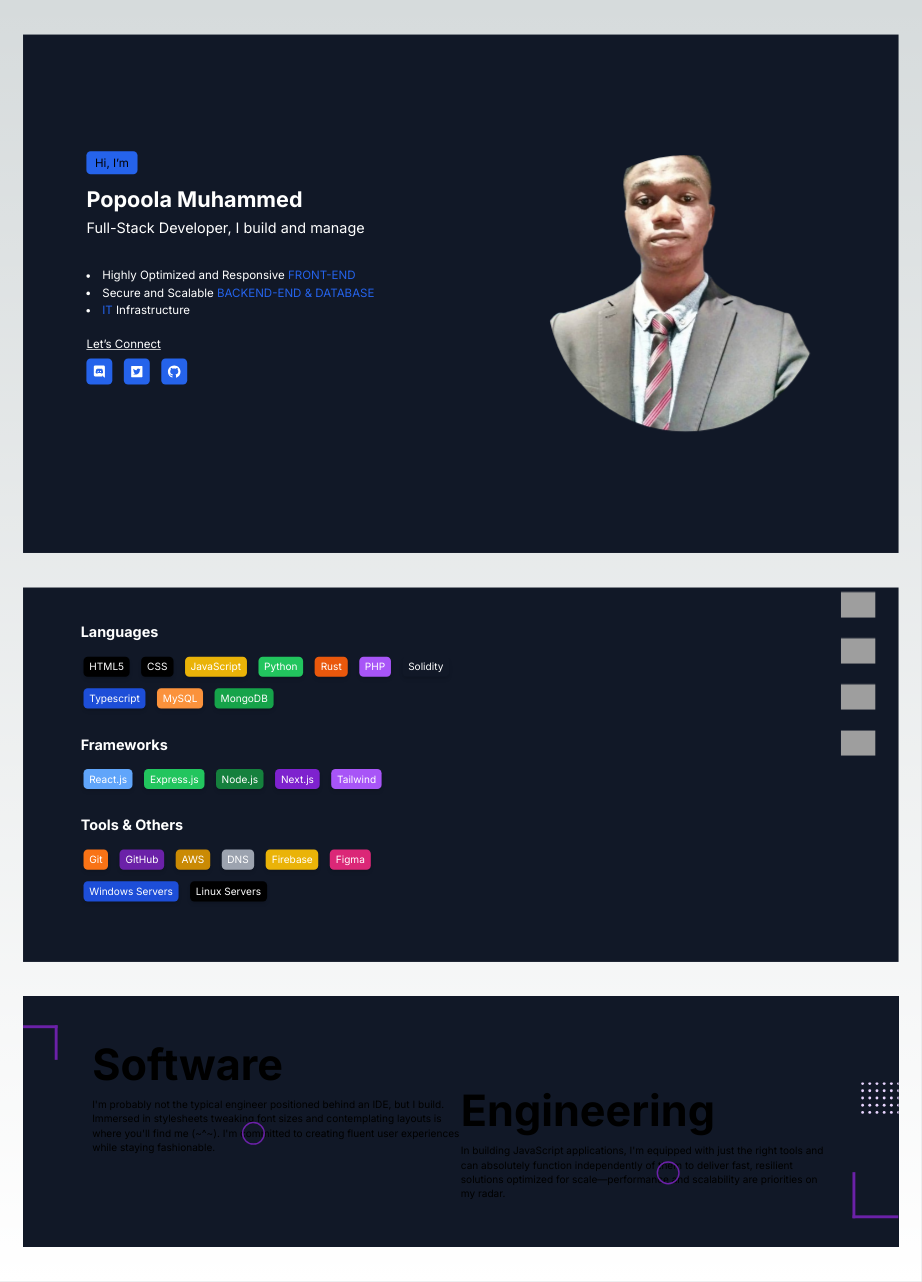
Repository: muhammedctgr/hammedctgr
Page: /
The author's editor kept a copy of each file at every save. The page is drawn from the files as they stood at one save, then again after a run of saves.
The browser window is 1280 px wide. The pictures show the whole page, at 72% of full size.
Pictures or frames that could not be fetched are drawn as grey boxes. The project was rebuilt for these pictures with package versions that can differ from the ones it lists, and the page was loaded fresh each time. The framework's server and built-in components were replaced by stand-ins that run in the browser. Also part of the build but not shown: next.config.mjs.

Above is the page before, as saved 2024-08-03 08:33:37.

### app/layout.tsx
import type { Metadata } from "next";
import { Inter } from "next/font/google";
import "./globals.css";

const inter = Inter({ subsets: ["latin"] });

export const metadata: Metadata = {
  title: "Popoola Muhammed",
  description: "Generated by create next app",
};

export default function RootLayout({
  children,
}: Readonly<{
  children: React.ReactNode;
}>) {
  return (
    <html lang="en">
      <body className={inter.className}>{children}</body>
    </html>
  );
}

### app/page.tsx
import Head from 'next/head';
import Hero from '../components/Hero';
import SkillsSection from '@/components/SkillsSection';
import SummarySection from '@/components/SummarySection';


const Home = () => (
  <div>
    <Head>
      <title>Popoola Muhammed</title>
      <meta name="description" content="Welcome to my developer portfolio" />
    </Head>

    <Hero />
    <SkillsSection />
    <SummarySection />
  </div>
);

export default Home;

### app/globals.css
@tailwind base;
@tailwind components;
@tailwind utilities;

:root {
  --foreground-rgb: 0, 0, 0;
  --background-start-rgb: 214, 219, 220;
  --background-end-rgb: 255, 255, 255;
}

@media (prefers-color-scheme: dark) {
  :root {
    --foreground-rgb: 255, 255, 255;
    --background-start-rgb: 0, 0, 0;
    --background-end-rgb: 0, 0, 0;
  }
}

body {
  color: rgb(var(--foreground-rgb));
  background: linear-gradient(
      to bottom,
      transparent,
      rgb(var(--background-end-rgb))
    )
    rgb(var(--background-start-rgb));
}

@layer utilities {
  .text-balance {
    text-wrap: balance;
  }
}


@keyframes upDown {
  0%, 100% {
    transform: translateY(0);
  }
  50% {
    transform: translateY(-10px); /* Adjust the value as needed */
  }
}

.animate-upDown {
  animation: upDown 2s infinite ease-in-out; /* Adjust duration as needed */
}

### components/Hero.tsx
import Image from 'next/image';
import profilePic from '../public/profile.png';
import { AiFillDiscord, AiFillGithub, AiFillTwitterSquare, AiFillX } from 'react-icons/ai';

const Hero = () => {
  return (
    <section className="bg-gray-900 m-12 mx-8 text-white min-h-screen flex items-center">
      <div className="container mx-auto flex flex-col md:flex-row items-center">
        <div className="flex-1 text-left md:text-left p-8 pt-2 m-14 mt-2">
          <div className="inline-block bg-blue-600 text-black py-1 px-3 mb-4 rounded-md">
            Hi, I’m
          </div>
          <div className="mb-10">
          <h1 className="text-2xl md:text-3xl font-bold">Popoola Muhammed</h1>
          <p className="mt-2  md:text-xl">Full-Stack Developer, I build and manage</p>
          </div>
          <ul className="mt-4 list-disc list-inside whitespace-nowrap">
            <li>Highly Optimized and Responsive <span className="text-blue-600">FRONT-END</span></li>
            <li>Secure and Scalable <span className="text-blue-600">BACKEND-END & DATABASE</span></li>
            <li><span className="text-blue-600">IT</span> Infrastructure</li>
          </ul>
          <div className="mt-6">
            <a href="#contact" className=" underline">Let’s Connect</a>
            <div className="mt-2 flex md:justify-start space-x-4">
              <a href="#" className="bg-blue-600 p-2 rounded-md">
                <AiFillDiscord size={20} />
              </a>
              <a href="#" className="bg-blue-600 p-2 rounded-md">
                <AiFillTwitterSquare size={20} />
              </a>
              <a href="#" className="bg-blue-600 p-2 rounded-md">
                <AiFillGithub size={20} />
              </a>
            </div>
          </div>
        </div>
        <div className="flex-1 p-5">
          <div className="relative w-48 h-48 mx-8 md:w-72 md:h-72 lg:w-96 lg:h-96">
            <Image src={profilePic} alt="Popoola Muhammed" layout="fill" className="rounded-full object-cover animate-upDown" />
          </div>
        </div>
      </div>
    </section>
  );
};

export default Hero;

### components/SkillsSection.tsx
import Image from 'next/image';
import { FC } from 'react';

interface SkillCategory {
  title: string;
  skills: { name: string; color: string; }[];
}

const skills: SkillCategory[] = [
  {
    title: "Languages",
    skills: [
      { name: "HTML5", color: "bg-black" },
      { name: "CSS", color: "bg-black"},
      { name: "JavaScript", color: "bg-yellow-500" },
      { name: "Python", color: "bg-green-500" },
      { name: "Rust", color: "bg-orange-600" },
      { name: "PHP", color: "bg-purple-500" },
      { name: "Solidity", color: "bg-black-500" },
      { name: "Typescript", color: "bg-blue-700" },
      { name: "MySQL", color: "bg-orange-400" },
      { name: "MongoDB", color: "bg-green-600" },
    ],
  },
  {
    title: "Frameworks",
    skills: [
      { name: "React.js", color: "bg-blue-400" },
      { name: "Express.js", color: "bg-green-500" },
      { name: "Node.js", color: "bg-green-700" },
      { name: "Next.js", color: "bg-purple-700" },
      { name: "Tailwind", color: "bg-purple-500" },
    ],
  },
  {
    title: "Tools & Others",
    skills: [
      { name: "Git", color: "bg-orange-500" },
      { name: "GitHub", color: "bg-purple-800" },
      { name: "AWS", color: "bg-yellow-600" },
      { name: "DNS", color: "bg-gray-400" },
      { name: "Firebase", color: "bg-yellow-500" },
      { name: "Figma", color: "bg-pink-600" },
      { name: "Windows Servers", color: "bg-blue-700" },
      { name: "Linux Servers", color: "bg-black" },
    ],
  },
];

const icons = [
  "/icons/html5.svg", // Replace with your icon paths
  "/icons/css3.svg",
  "/icons/javascript.svg",
  "/icons/python.svg",
  // Add the rest of the icons as needed
];

const SkillsSection: FC = () => {
  return (
    <section className="m-12 mx-8 bg-gray-900 text-white">
      <div className="container mx-auto px-8 flex flex-col md:flex-row">
        <div className="flex-1 m-12">
          {skills.map((category) => (
            <div key={category.title} className="mb-8">
              <h2 className="text-xl font-bold mb-4">{category.title}</h2>
              <div className="flex flex-wrap gap-2">
                {category.skills.map((skill) => (
                  <span
                    key={skill.name}
                    className={`px-2 py-1 m-1 rounded-md text-sm ${skill.color} shadow-md`}
                  >
                    {skill.name}
                  </span>
                ))}
              </div>
            </div>
          ))}
        </div>
        <div className="flex-1 flex flex-col items-center md:items-end">
          <div className="grid grid-cols-3 md:grid-cols-1 gap-4">
            {icons.map((src, index) => (
              <div key={index} className="w-12 h-12 relative">
                <Image src={src} alt={`icon-${index}`} layout="fill" objectFit="contain" />
              </div>
            ))}
          </div>
        </div>
      </div>
    </section>
  );
};

export default SkillsSection;

### components/SummarySection.tsx
import { FC } from 'react';

const SummarySection: FC = () => {
  return (
    <section className="m-12 mx-8 bg-gray-900 py-16 relative overflow-hidden">
      <div className="container mx-auto px-6 md:px-12 lg:px-24 flex flex-col md:flex-row justify-between items-start">
        <div className="md:w-1/2 mb-16 md:mb-0 ">
          <div className="mb-4 flex items-center">
            <span className="text-6xl font-bold">Software</span>
          </div>
          <p className="text-sm">
            I'm probably not the typical engineer positioned behind an IDE, but I build. Immersed in stylesheets tweaking font sizes and contemplating layouts is where you'll find me (~^~). I'm committed to creating fluent user experiences while staying fashionable.
          </p>
        </div>
        <div className="md:w-1/2 md:mt-16">
          <div className="mb-4 flex items-center">
            <span className="text-6xl font-bold">Engineering</span>
          </div>
          <p className="text-sm">
            In building JavaScript applications, I'm equipped with just the right tools and can absolutely function independently of them to deliver fast, resilient solutions optimized for scale—performance and scalability are priorities on my radar.
          </p>
        </div>
      </div>

      {/* Decorative Elements */}
      <div className="absolute top-10 left-0 w-12 h-12 border-t-4 border-r-4 border-purple-800"></div>
      <div className="absolute top-1/2 left-1/4 w-8 h-8 border-2 border-purple-800 rounded-full"></div>
      <div className="absolute bottom-10 right-0 w-16 h-16 border-b-4 border-l-4 border-purple-800"></div>
      <div className="absolute bottom-1/4 right-1/4 w-8 h-8 border-2 border-purple-800 rounded-full"></div>
      <div className="absolute top-1/4 right-0 transform translate-x-12 translate-y-8">
        <svg className="fill-current text-purple-200" width="100" height="100" viewBox="0 0 100 100">
          <circle cx="2" cy="2" r="2" />
          <circle cx="12" cy="2" r="2" />
          <circle cx="22" cy="2" r="2" />
          <circle cx="32" cy="2" r="2" />
          <circle cx="42" cy="2" r="2" />
          <circle cx="52" cy="2" r="2" />
          <circle cx="62" cy="2" r="2" />
          <circle cx="72" cy="2" r="2" />
          <circle cx="82" cy="2" r="2" />
          <circle cx="92" cy="2" r="2" />
          <circle cx="2" cy="12" r="2" />
          <circle cx="12" cy="12" r="2" />
          <circle cx="22" cy="12" r="2" />
          <circle cx="32" cy="12" r="2" />
          <circle cx="42" cy="12" r="2" />
          <circle cx="52" cy="12" r="2" />
          <circle cx="62" cy="12" r="2" />
          <circle cx="72" cy="12" r="2" />
          <circle cx="82" cy="12" r="2" />
          <circle cx="92" cy="12" r="2" />
          <circle cx="2" cy="22" r="2" />
          <circle cx="12" cy="22" r="2" />
          <circle cx="22" cy="22" r="2" />
          <circle cx="32" cy="22" r="2" />
          <circle cx="42" cy="22" r="2" />
          <circle cx="52" cy="22" r="2" />
          <circle cx="62" cy="22" r="2" />
          <circle cx="72" cy="22" r="2" />
          <circle cx="82" cy="22" r="2" />
          <circle cx="92" cy="22" r="2" />
          <circle cx="2" cy="32" r="2" />
          <circle cx="12" cy="32" r="2" />
          <circle cx="22" cy="32" r="2" />
          <circle cx="32" cy="32" r="2" />
          <circle cx="42" cy="32" r="2" />
          <circle cx="52" cy="32" r="2" />
          <circle cx="62" cy="32" r="2" />
          <circle cx="72" cy="32" r="2" />
          <circle cx="82" cy="32" r="2" />
          <circle cx="92" cy="32" r="2" />
          <circle cx="2" cy="42" r="2" />
          <circle cx="12" cy="42" r="2" />
          <circle cx="22" cy="42" r="2" />
          <circle cx="32" cy="42" r="2" />
          <circle cx="42" cy="42" r="2" />
          <circle cx="52" cy="42" r="2" />
          <circle cx="62" cy="42" r="2" />
          <circle cx="72" cy="42" r="2" />
          <circle cx="82" cy="42" r="2" />
          <circle cx="92" cy="42" r="2" />
        </svg>
      </div>
    </section>
  );
};

export default SummarySection;

Loaded but not shown: tailwind.config.ts (common file)

After the next 2 saves:
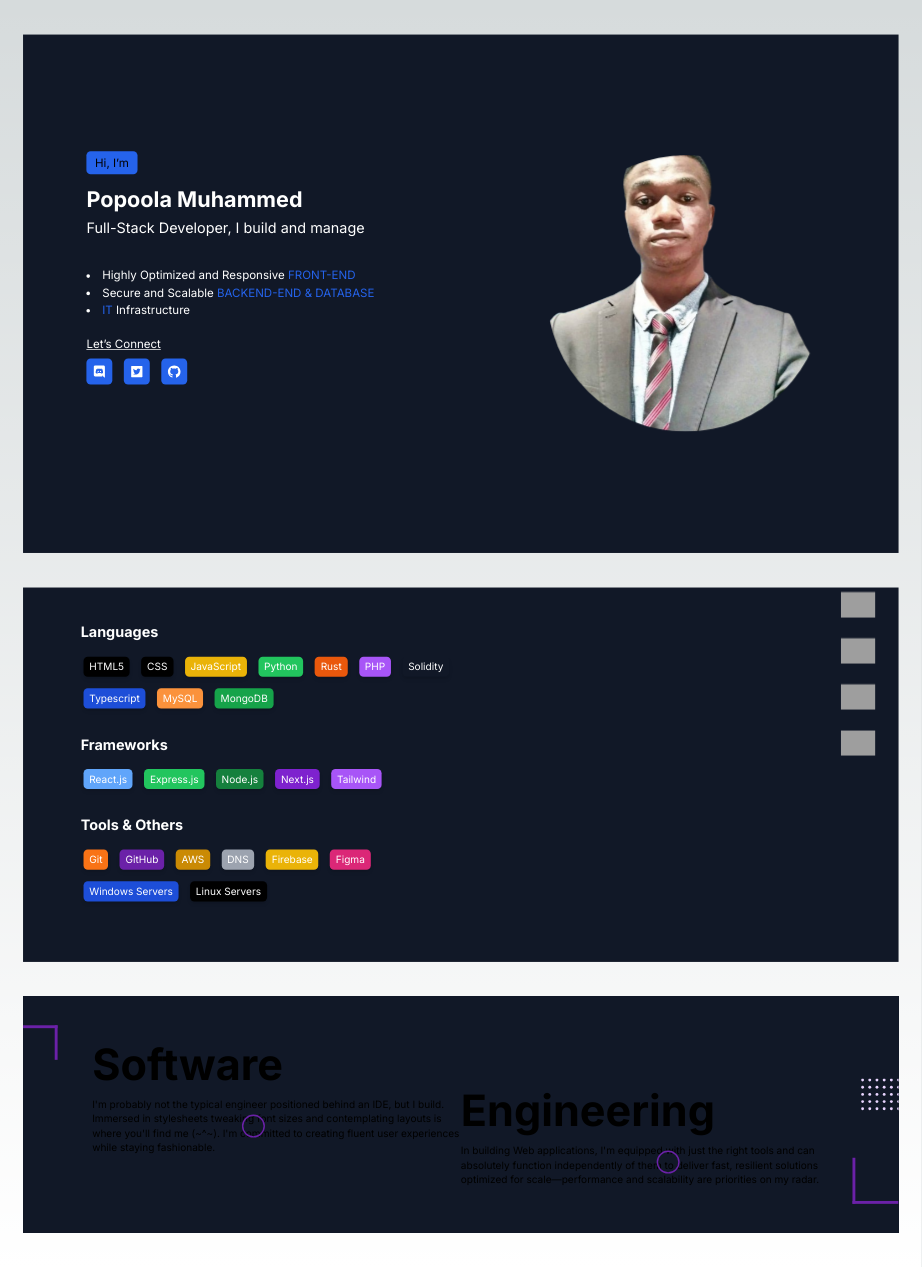
The 2 saves are shown as one change because they came seconds apart.
The last was saved 3 min 14 s later.
--- a/components/SummarySection.tsx
+++ b/components/SummarySection.tsx
@@ -17,7 +17,7 @@ const SummarySection: FC = () => {
             <span className="text-6xl font-bold">Engineering</span>
           </div>
           <p className="text-sm">
-            In building JavaScript applications, I'm equipped with just the right tools and can absolutely function independently of them to deliver fast, resilient solutions optimized for scale—performance and scalability are priorities on my radar.
+            In building Web applications, I'm equipped with just the right tools and can absolutely function independently of them to deliver fast, resilient solutions optimized for scale—performance and scalability are priorities on my radar.
           </p>
         </div>
       </div>
